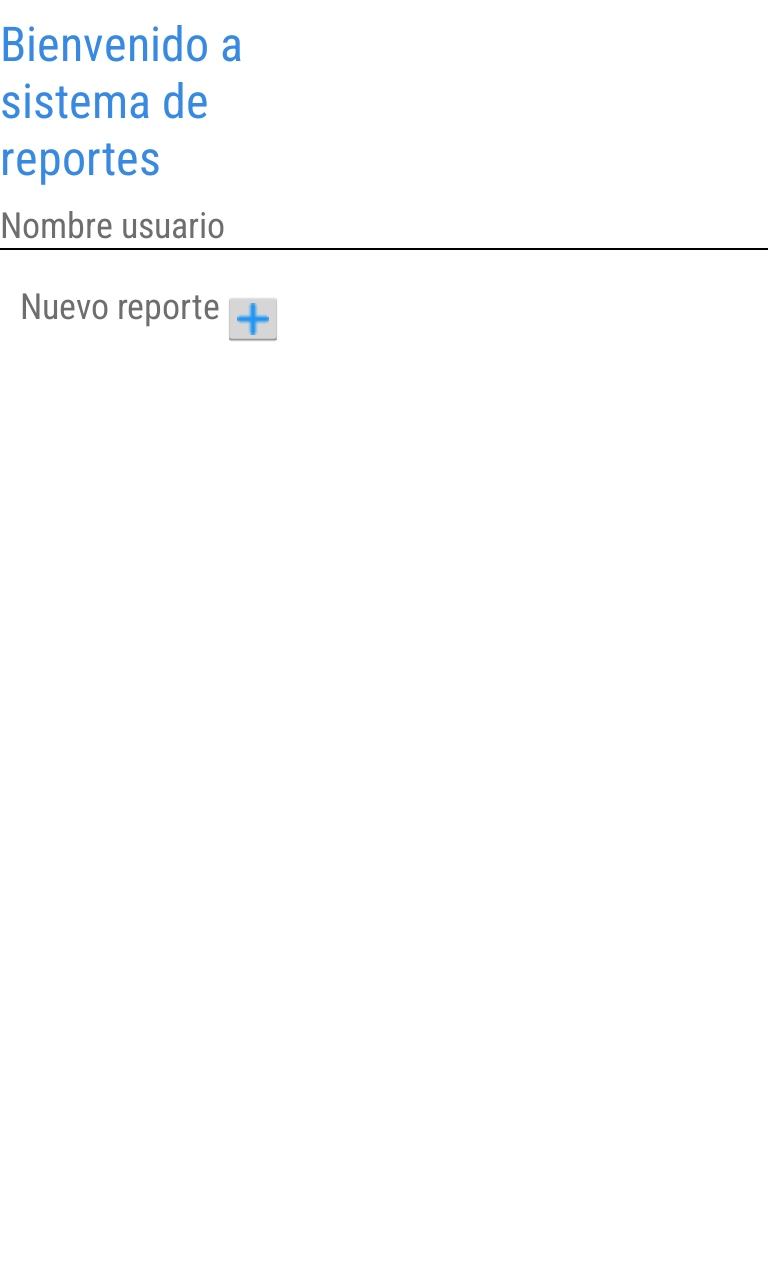
Repository: ramonramirezz/ReportesApp
Layout: Reportes/res/layout/welcome.xml
The author's editor kept a copy of each file at every save. The layout is drawn from the files as they stood at one save, then again after the next save.
It is drawn on a 768 x 1280 px phone screen (xhdpi) without system bars, with theme AppTheme; the app's code is not run. The app's manifest (not shown) leaves right-to-left support off. So textAlignment, textDirection and layoutDirection are ignored, and left and right values win over start and end ones.

Above is the layout before, as saved 2015-11-21 18:55:16.

After the next save:
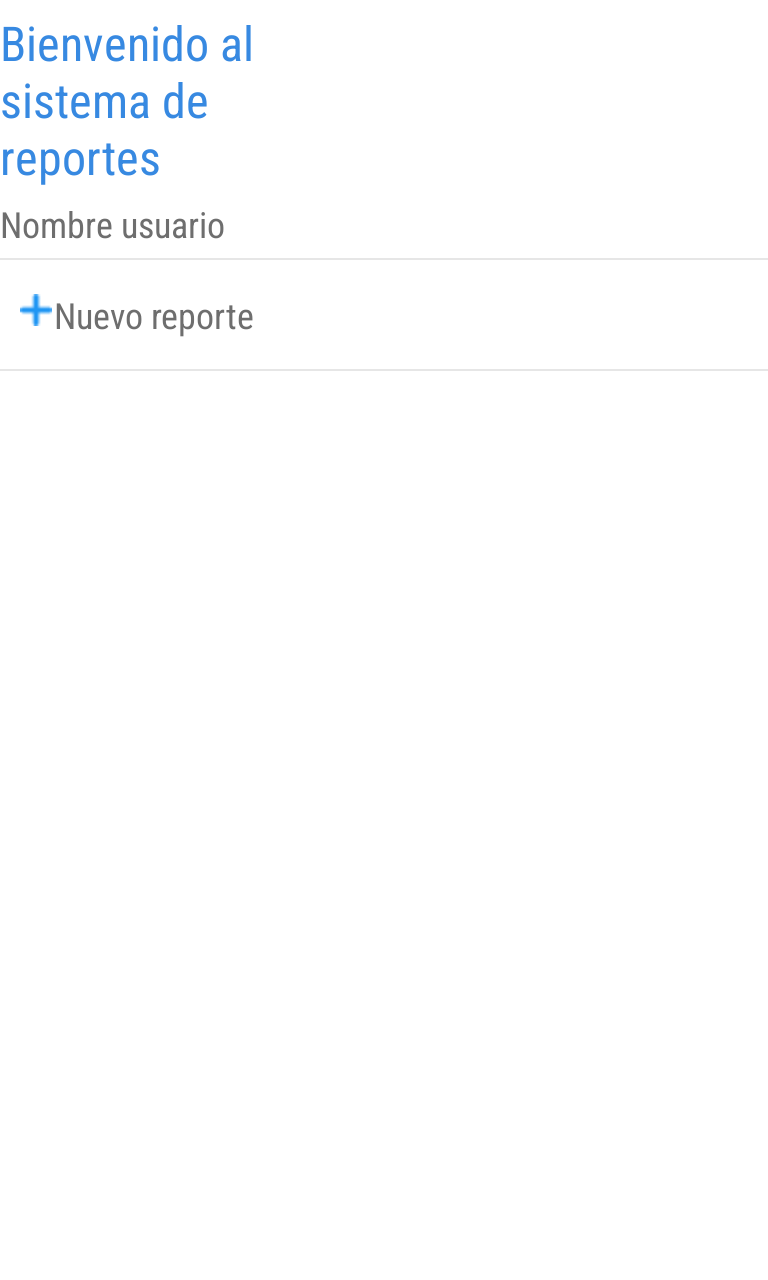
Saved 24 s later.
--- a/Reportes/res/layout/welcome.xml
+++ b/Reportes/res/layout/welcome.xml
@@ -12,7 +12,7 @@
 	    	android:layout_height="wrap_content"
 	    	android:fontFamily="sans-serif-condensed"
 	    	android:layout_marginTop="5dp"
-	    	android:text="Bienvenido a sistema de reportes"
+	    	android:text="Bienvenido al sistema de reportes"
 	    	android:textColor="#3789E1"
 	    	android:textSize="24dp" />
 
@@ -30,7 +30,8 @@
 		<View
  			android:layout_width="match_parent"
  			android:layout_height="1dp"
- 			android:background="@android:color/black" />
+ 			android:background="#E6E6E6"
+ 			android:layout_marginTop="5dp"/>
 
     <LinearLayout
         android:layout_width="fill_parent"
@@ -42,24 +43,34 @@
 
         <!-- Create new report -->
 
-		<TextView
-		    android:id="@+id/tvNuevoReport"
-		    android:layout_width="wrap_content"
-		    android:layout_height="wrap_content"
-		    android:layout_marginTop="5dp"
-		    android:fontFamily="sans-serif-condensed"
-		    android:text="Nuevo reporte"
-		    android:textColor="#6E6E6E"
-		    android:textSize="18dp" />
+        <ImageButton
+            android:id="@+id/btnCrearReporte"
+            android:layout_width="wrap_content"
+            android:layout_height="wrap_content"
+            android:layout_marginTop="7dp"
+            android:background="@android:color/transparent"
+            android:src="@drawable/add" />
 
-            <ImageButton
-		    android:layout_marginTop="10dp"
-		    android:layout_width="32dp"
-		    android:layout_height="29dp"
-		    android:src="@drawable/add" />
+        <TextView
+            android:id="@+id/tvNuevoReport"
+            android:layout_width="wrap_content"
+            android:layout_height="wrap_content"
+            android:layout_marginLeft="1dp"
+            android:layout_marginTop="5dp"
+            android:fontFamily="sans-serif-condensed"
+            android:text="Nuevo reporte"
+            android:textColor="#6E6E6E"
+            android:textSize="18dp" />
 
     </LinearLayout>
 
 
 
+   	 	<View
+ 			android:layout_width="match_parent"
+ 			android:layout_height="1dp"
+ 			android:background="#E6E6E6"
+ 			android:layout_marginTop="5dp"/>
+
+		 <!-- Historial de reportes -->
 </LinearLayout>
